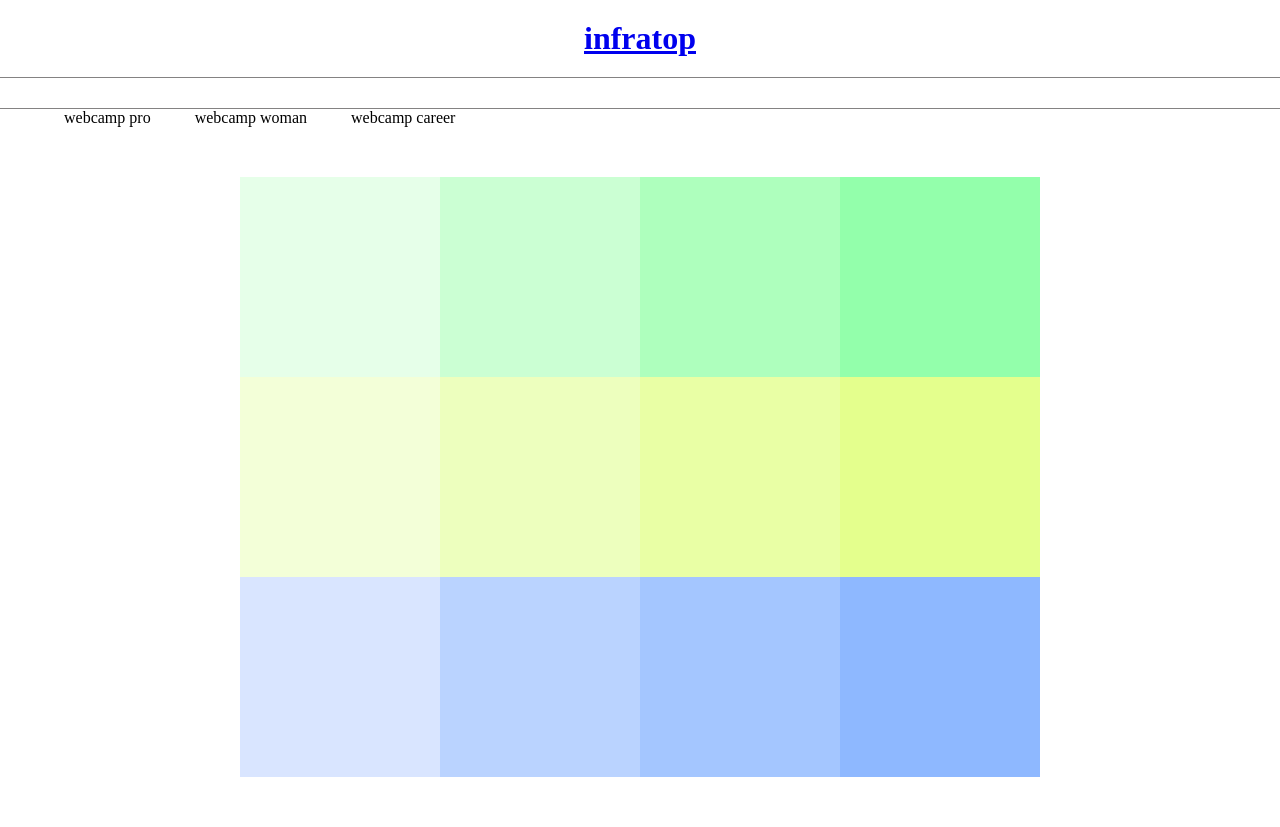
Repository: NANAKUNITA/chapter10
Page: chapter5/chapter5.html
The author's editor kept a record of every edit. The page is drawn from the files as they stood at one moment, then again after the next edit.
The browser window is 1280 px wide. The pictures show the whole page.

Above is the page before.

After the next edit:
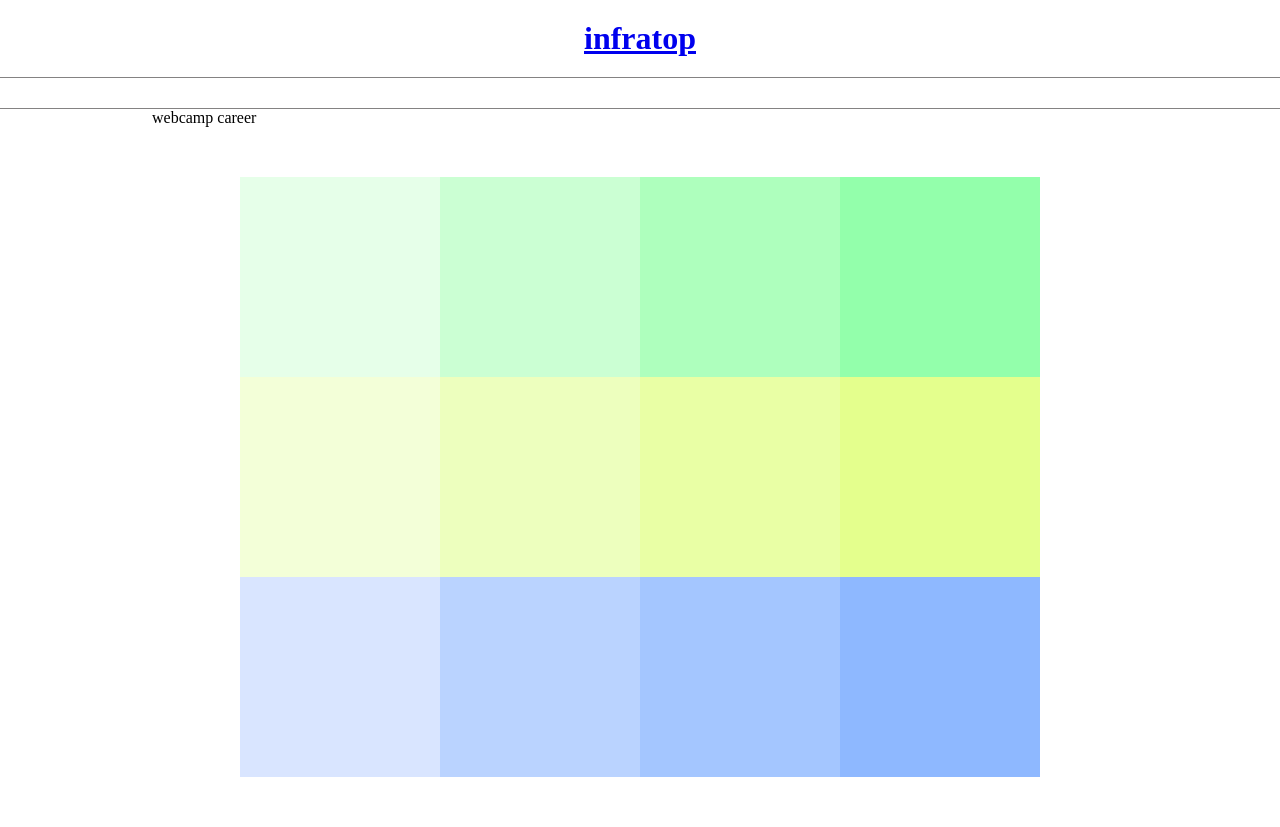
The edit:
--- a/chapter5/chapter5.html
+++ b/chapter5/chapter5.html
@@ -20,8 +20,12 @@
         <li class="nav-list-item">
           <a href="chapter5.html"></a>
         </li>
-        <li class="nav-list-item">webcamp pro</li>
-        <li class="nav-list-item">webcamp woman</li>
+        <li class="nav-list-item">
+         <a href="chapter5.html"></a>
+         </li>
+        <li class="nav-list-item">
+          <a href="chapter5.html"></a>
+        </li>
         <li class="nav-list-item">webcamp career</li>
     </nav>
 
